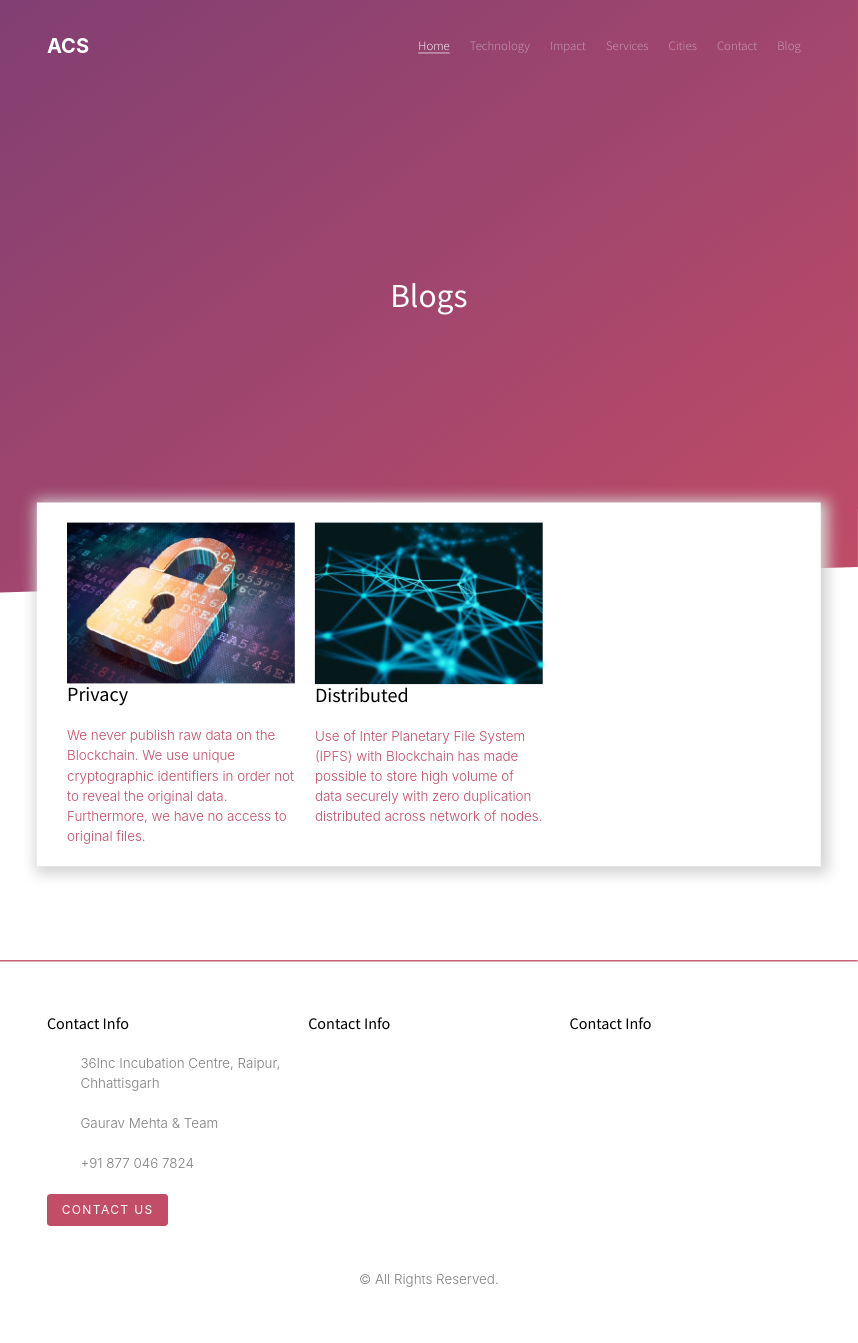
Repository: agarwalrahul-22/acs
Page: /blog/1
These files come from the project's save history. The page is drawn as it stood at one moment and after the next save; the edit follows.
The browser window is 1280 px wide. The pictures show the whole page, at 67% of full size.
Some web fonts or font styles are not loaded; a fallback is used. The project was rebuilt for these pictures with package versions that can differ from the ones it lists, and the page was loaded fresh each time. Also part of the build but not shown: src/components/main/LandingComponent.js, src/components/main/TechComponent.js, src/components/main/ImpactComponent.js, src/components/main/ServicesComponent.js, src/components/main/CitiesComponent.js, src/components/MainComponent.js, src/components/BlogComponent.js.

Above is the page before, as saved 2022-10-10 23:05:07.

### public/index.html
<!DOCTYPE html>
<html lang="en">
  <head>
    <meta charset="utf-8" />
    <link rel="icon" href="%PUBLIC_URL%/favicon.ico" />
    <meta name="viewport" content="width=device-width, initial-scale=1" />
    <meta name="theme-color" content="#000000" />
    <meta name="description" content="Blockchain based Atithi Compliance System" />
    <link rel="apple-touch-icon" href="%PUBLIC_URL%/logo192.png" />
    <link href='https://fonts.googleapis.com/css?family=Source+Sans+Pro:400,300,600,400italic,700' rel='stylesheet'
      type='text/css'>
    <link rel="stylesheet" href="css/animate.css">
    <link rel="stylesheet" href="css/icomoon.css">
    <link rel="stylesheet" href="css/simple-line-icons.css">
    <link rel="stylesheet" href="css/magnific-popup.css">
    <link rel="stylesheet" href="css/bootstrap.css">
    <link rel="stylesheet" href="css/style3.css">
    <!--
      manifest.json provides metadata used when your web app is installed on a
      user's mobile device or desktop. See https://developers.google.com/web/fundamentals/web-app-manifest/
    -->
    <link rel="manifest" href="%PUBLIC_URL%/manifest.json" />
    <!--
      Notice the use of %PUBLIC_URL% in the tags above.
      It will be replaced with the URL of the `public` folder during the build.
      Only files inside the `public` folder can be referenced from the HTML.

      Unlike "/favicon.ico" or "favicon.ico", "%PUBLIC_URL%/favicon.ico" will
      work correctly both with client-side routing and a non-root public URL.
      Learn how to configure a non-root public URL by running `npm run build`.
    -->
    <title>Atithi Compliance System</title>
  </head>
  <body>
    <noscript>You need to enable JavaScript to run this app.</noscript>
    <div id="root"></div>
    <!--
      This HTML file is a template.
      If you open it directly in the browser, you will see an empty page.

      You can add webfonts, meta tags, or analytics to this file.
      The build step will place the bundled scripts into the <body> tag.

      To begin the development, run `npm start` or `yarn start`.
      To create a production bundle, use `npm run build` or `yarn build`.
    -->
  </body>
</html>

### src/components/IBlogComponent.js
import React from 'react'
import fullimage2 from "../images/full_image_2.jpg";
import privacy from "../images/privacy_acs.jpg";
import distributed from "../images/distributed_acs.jpg";
import audit from "../images/audit_acs.jpg";
function IBlogComponent() {
  return (
    <div>
      <section
        id="fh5co-home"
        data-section="home"
        style={{ backgroundImage: { fullimage2 } }}
        data-stellar-background-ratio="0.5"
      >
        <div className="gradient"></div>
        <div className="container">
          <div className="text-wrap">
            <div className="text-inner">
              <h1 className="to-animate">Blogs </h1>
            </div>
          </div>
        </div>
        <div className="slant"></div>
      </section>
      <section id="fh5co-intro">
        <div className="container">
          <div
            className="row row-bottom-padded-lg"
            style={{
              backgroundColor: "white",
              padding: "30px",
              boxShadow: "5px 5px 20px 8px lightgrey",
            }}
          >
            <div className="col-md-4 col-sm-6 col-xxs-12">
              <a
                href="/blog/1"
                className="fh5co-project-item image-popup to-animate"
              >
                <img src={privacy} alt="Image" className="img-responsive" />
                <div className="fh5co-text">
                  <h2>Privacy</h2>
                  <span>
                    We never publish raw data on the Blockchain. We use unique
                    cryptographic identifiers in order not to reveal the
                    original data. Furthermore, we have no access to original
                    files.
                  </span>
                </div>
              </a>
            </div>
            <div className="col-md-4 col-sm-6 col-xxs-12">
              <a
                href="/blog/2"
                className="fh5co-project-item image-popup to-animate"
              >
                <img src={distributed} alt="Image" className="img-responsive" />
                <div className="fh5co-text">
                  <h2>Distributed</h2>
                  <span>
                    Use of Inter Planetary File System (IPFS) with Blockchain
                    has made possible to store high volume of data securely with
                    zero duplication distributed across network of nodes.
                  </span>
                </div>
              </a>
            </div>
          </div>
        </div>
      </section>
    </div>
  );
}
export default IBlogComponent;

### public/css/simple-line-icons.css
@font-face {
  font-family: 'simple-line-icons';
  src:  url('../fonts/simple-line-icons/Simple-Line-Icons.eot?v=2.2.2');
  src:  url('../fonts/simple-line-icons/Simple-Line-Icons.eot?#iefix&v=2.2.2') format('embedded-opentype'),
        url('../fonts/simple-line-icons/Simple-Line-Icons.ttf?v=2.2.2') format('truetype'),
        url('../fonts/simple-line-icons/Simple-Line-Icons.woff2?v=2.2.2') format('woff2'),
        url('../fonts/simple-line-icons/Simple-Line-Icons.woff?v=2.2.2') format('woff'),
        url('../fonts/simple-line-icons/Simple-Line-Icons.svg?v=2.2.2#simple-line-icons') format('svg');
  font-weight: normal;
  font-style: normal;
}
/*
 Use the following CSS code if you want to have a class per icon.
 Instead of a list of all class selectors, you can use the generic [class*="icon-"] selector, but it's slower:
*/
.icon-user,
.icon-people,
.icon-user-female,
.icon-user-follow,
.icon-user-following,
.icon-user-unfollow,
.icon-login,
.icon-logout,
.icon-emotsmile,
.icon-phone,
.icon-call-end,
.icon-call-in,
.icon-call-out,
.icon-map,
.icon-location-pin,
.icon-direction,
.icon-directions,
.icon-compass,
.icon-layers,
.icon-menu,
.icon-list,
.icon-options-vertical,
.icon-options,
.icon-arrow-down,
.icon-arrow-left,
.icon-arrow-right,
.icon-arrow-up,
.icon-arrow-up-circle,
.icon-arrow-left-circle,
.icon-arrow-right-circle,
.icon-arrow-down-circle,
.icon-check,
.icon-clock,
.icon-plus,
.icon-close,
.icon-trophy,
.icon-screen-smartphone,
.icon-screen-desktop,
.icon-plane,
.icon-notebook,
.icon-mustache,
.icon-mouse,
.icon-magnet,
.icon-energy,
.icon-disc,
.icon-cursor,
.icon-cursor-move,
.icon-crop,
.icon-chemistry,
.icon-speedometer,
.icon-shield,
.icon-screen-tablet,
.icon-magic-wand,
.icon-hourglass,
.icon-graduation,
.icon-ghost,
.icon-game-controller,
.icon-fire,
.icon-eyeglass,
.icon-envelope-open,
.icon-envelope-letter,
.icon-bell,
.icon-badge,
.icon-anchor,
.icon-wallet,
.icon-vector,
.icon-speech,
.icon-puzzle,
.icon-printer,
.icon-present,
.icon-playlist,
.icon-pin,
.icon-picture,
.icon-handbag,
.icon-globe-alt,
.icon-globe,
.icon-folder-alt,
.icon-folder,
.icon-film,
.icon-feed,
.icon-drop,
.icon-drawar,
.icon-docs,
.icon-doc,
.icon-diamond,
.icon-cup,
.icon-calculator,
.icon-bubbles,
.icon-briefcase,
.icon-book-open,
.icon-basket-loaded,
.icon-basket,
.icon-bag,
.icon-action-undo,
.icon-action-redo,
.icon-wrench,
.icon-umbrella,
.icon-trash,
.icon-tag,
.icon-support,
.icon-frame,
.icon-size-fullscreen,
.icon-size-actual,
.icon-shuffle,
.icon-share-alt,
.icon-share,
.icon-rocket,
.icon-question,
.icon-pie-chart,
.icon-pencil,
.icon-note,
.icon-loop,
.icon-home,
.icon-grid,
.icon-graph,
.icon-microphone,
.icon-music-tone-alt,
.icon-music-tone,
.icon-earphones-alt,
.icon-earphones,
.icon-equalizer,
.icon-like,
.icon-dislike,
.icon-control-start,
.icon-control-rewind,
.icon-control-play,
.icon-control-pause,
.icon-control-forward,
.icon-control-end,
.icon-volume-1,
.icon-volume-2,
.icon-volume-off,
.icon-calendar,
.icon-bulb,
.icon-chart,
.icon-ban,
.icon-bubble,
.icon-camrecorder,
.icon-camera,
.icon-cloud-download,
.icon-cloud-upload,
.icon-envelope,
.icon-eye,
.icon-flag,
.icon-heart,
.icon-info,
.icon-key,
.icon-link,
.icon-lock,
.icon-lock-open,
.icon-magnifier,
.icon-magnifier-add,
.icon-magnifier-remove,
.icon-paper-clip,
.icon-paper-plane,
.icon-power,
.icon-refresh,
.icon-reload,
.icon-settings,
.icon-star,
.icon-symble-female,
.icon-symbol-male,
.icon-target,
.icon-credit-card,
.icon-paypal,
.icon-social-tumblr,
.icon-social-twitter,
.icon-social-facebook,
.icon-social-instagram,
.icon-social-linkedin,
.icon-social-pinterest,
.icon-social-github,
.icon-social-gplus,
.icon-social-reddit,
.icon-social-skype,
.icon-social-dribbble,
.icon-social-behance,
.icon-social-foursqare,
.icon-social-soundcloud,
.icon-social-spotify,
.icon-social-stumbleupon,
.icon-social-youtube,
.icon-social-dropbox {
  font-family: 'simple-line-icons';
  speak: none;
  font-style: normal;
  font-weight: normal;
  font-variant: normal;
  text-transform: none;
  line-height: 1;
  /* Better Font Rendering =========== */
  -webkit-font-smoothing: antialiased;
  -moz-osx-font-smoothing: grayscale;
}
.icon-user:before {
  content: "\e005";
}
.icon-people:before {
  content: "\e001";
}
.icon-user-female:before {
  content: "\e000";
}
.icon-user-follow:before {
  content: "\e002";
}
.icon-user-following:before {
  content: "\e003";
}
.icon-user-unfollow:before {
  content: "\e004";
}
.icon-login:before {
  content: "\e066";
}
.icon-logout:before {
  content: "\e065";
}
.icon-emotsmile:before {
  content: "\e021";
}
.icon-phone:before {
  content: "\e600";
}
.icon-call-end:before {
  content: "\e048";
}
.icon-call-in:before {
  content: "\e047";
}
.icon-call-out:before {
  content: "\e046";
}
.icon-map:before {
  content: "\e033";
}
.icon-location-pin:before {
  content: "\e096";
}
.icon-direction:before {
  content: "\e042";
}
.icon-directions:before {
  content: "\e041";
}
.icon-compass:before {
  content: "\e045";
}
.icon-layers:before {
  content: "\e034";
}
.icon-menu:before {
  content: "\e601";
}
.icon-list:before {
  content: "\e067";
}
.icon-options-vertical:before {
  content: "\e602";
}
.icon-options:before {
  content: "\e603";
}
.icon-arrow-down:before {
  content: "\e604";
}
.icon-arrow-left:before {
  content: "\e605";
}
.icon-arrow-right:before {
  content: "\e606";
}
.icon-arrow-up:before {
  content: "\e607";
}
.icon-arrow-up-circle:before {
  content: "\e078";
}
.icon-arrow-left-circle:before {
  content: "\e07a";
}
.icon-arrow-right-circle:before {
  content: "\e079";
}
.icon-arrow-down-circle:before {
  content: "\e07b";
}
.icon-check:before {
  content: "\e080";
}
.icon-clock:before {
  content: "\e081";
}
.icon-plus:before {
  content: "\e095";
}
.icon-close:before {
  content: "\e082";
}
.icon-trophy:before {
  content: "\e006";
}
.icon-screen-smartphone:before {
  content: "\e010";
}
.icon-screen-desktop:before {
  content: "\e011";
}
.icon-plane:before {
  content: "\e012";
}
.icon-notebook:before {
  content: "\e013";
}
.icon-mustache:before {
  content: "\e014";
}
.icon-mouse:before {
  content: "\e015";
}
.icon-magnet:before {
  content: "\e016";
}
.icon-energy:before {
  content: "\e020";
}
.icon-disc:before {
  content: "\e022";
}
.icon-cursor:before {
  content: "\e06e";
}
.icon-cursor-move:before {
  content: "\e023";
}
.icon-crop:before {
  content: "\e024";
}
.icon-chemistry:before {
  content: "\e026";
}
.icon-speedometer:before {
  content: "\e007";
}
.icon-shield:before {
  content: "\e00e";
}
.icon-screen-tablet:before {
  content: "\e00f";
}
.icon-magic-wand:before {
  content: "\e017";
}
.icon-hourglass:before {
  content: "\e018";
}
.icon-graduation:before {
  content: "\e019";
}
.icon-ghost:before {
  content: "\e01a";
}
.icon-game-controller:before {
  content: "\e01b";
}
.icon-fire:before {
  content: "\e01c";
}
.icon-eyeglass:before {
  content: "\e01d";
}
.icon-envelope-open:before {
  content: "\e01e";
}
.icon-envelope-letter:before {
  content: "\e01f";
}
.icon-bell:before {
  content: "\e027";
}
.icon-badge:before {
  content: "\e028";
}
.icon-anchor:before {
  content: "\e029";
}
.icon-wallet:before {
  content: "\e02a";
}
.icon-vector:before {
  content: "\e02b";
}
.icon-speech:before {
  content: "\e02c";
}
.icon-puzzle:before {
  content: "\e02d";
}
.icon-printer:before {
  content: "\e02e";
}
.icon-present:before {
  content: "\e02f";
}
.icon-playlist:before {
  content: "\e030";
}
.icon-pin:before {
  content: "\e031";
}
.icon-picture:before {
  content: "\e032";
}
.icon-handbag:before {
  content: "\e035";
}
.icon-globe-alt:before {
  content: "\e036";
}
.icon-globe:before {
  content: "\e037";
}
.icon-folder-alt:before {
  content: "\e039";
}
.icon-folder:before {
  content: "\e089";
}
.icon-film:before {
  content: "\e03a";
}
.icon-feed:before {
  content: "\e03b";
}
.icon-drop:before {
  content: "\e03e";
}
.icon-drawar:before {
  content: "\e03f";
}
.icon-docs:before {
  content: "\e040";
}
.icon-doc:before {
  content: "\e085";
}
.icon-diamond:before {
  content: "\e043";
}
.icon-cup:before {
  content: "\e044";
}
.icon-calculator:before {
  content: "\e049";
}
.icon-bubbles:before {
  content: "\e04a";
}
.icon-briefcase:before {
  content: "\e04b";
}
.icon-book-open:before {
  content: "\e04c";
}
.icon-basket-loaded:before {
  content: "\e04d";
}
.icon-basket:before {
  content: "\e04e";
}
.icon-bag:before {
  content: "\e04f";
}
.icon-action-undo:before {
  content: "\e050";
}
.icon-action-redo:before {
  content: "\e051";
}
.icon-wrench:before {
  content: "\e052";
}
.icon-umbrella:before {
  content: "\e053";
}
.icon-trash:before {
  content: "\e054";
}
.icon-tag:before {
  content: "\e055";
}
.icon-support:before {
  content: "\e056";
}
.icon-frame:before {
  content: "\e038";
}
.icon-size-fullscreen:before {
  content: "\e057";
}
.icon-size-actual:before {
  content: "\e058";
}
.icon-shuffle:before {
  content: "\e059";
}
.icon-share-alt:before {
  content: "\e05a";
}
.icon-share:before {
  content: "\e05b";
}
.icon-rocket:before {
  content: "\e05c";
}
.icon-question:before {
  content: "\e05d";
}
.icon-pie-chart:before {
  content: "\e05e";
}
.icon-pencil:before {
  content: "\e05f";
}
.icon-note:before {
  content: "\e060";
}
.icon-loop:before {
  content: "\e064";
}
.icon-home:before {
  content: "\e069";
}
.icon-grid:before {
  content: "\e06a";
}
.icon-graph:before {
  content: "\e06b";
}
.icon-microphone:before {
  content: "\e063";
}
.icon-music-tone-alt:before {
  content: "\e061";
}
.icon-music-tone:before {
  content: "\e062";
}
.icon-earphones-alt:before {
  content: "\e03c";
}
.icon-earphones:before {
  content: "\e03d";
}
.icon-equalizer:before {
  content: "\e06c";
}
.icon-like:before {
  content: "\e068";
}
.icon-dislike:before {
  content: "\e06d";
}
.icon-control-start:before {
  content: "\e06f";
}
.icon-control-rewind:before {
  content: "\e070";
}
.icon-control-play:before {
  content: "\e071";
}
.icon-control-pause:before {
  content: "\e072";
}
.icon-control-forward:before {
  content: "\e073";
}
.icon-control-end:before {
  content: "\e074";
}
.icon-volume-1:before {
  content: "\e09f";
}
.icon-volume-2:before {
  content: "\e0a0";
}
.icon-volume-off:before {
  content: "\e0a1";
}
.icon-calendar:before {
  content: "\e075";
}
.icon-bulb:before {
  content: "\e076";
}
.icon-chart:before {
  content: "\e077";
}
.icon-ban:before {
  content: "\e07c";
}
.icon-bubble:before {
  content: "\e07d";
}
.icon-camrecorder:before {
  content: "\e07e";
}
.icon-camera:before {
  content: "\e07f";
}
.icon-cloud-download:before {
  content: "\e083";
}
.icon-cloud-upload:before {
  content: "\e084";
}
.icon-envelope:before {
  content: "\e086";
}
.icon-eye:before {
  content: "\e087";
}
.icon-flag:before {
  content: "\e088";
}
.icon-heart:before {
  content: "\e08a";
}
.icon-info:before {
  content: "\e08b";
}
.icon-key:before {
  content: "\e08c";
}
.icon-link:before {
  content: "\e08d";
}
.icon-lock:before {
  content: "\e08e";
}
.icon-lock-open:before {
  content: "\e08f";
}
.icon-magnifier:before {
  content: "\e090";
}
.icon-magnifier-add:before {
  content: "\e091";
}
.icon-magnifier-remove:before {
  content: "\e092";
}
.icon-paper-clip:before {
  content: "\e093";
}
.icon-paper-plane:before {
  content: "\e094";
}
.icon-power:before {
  content: "\e097";
}
.icon-refresh:before {
  content: "\e098";
}
.icon-reload:before {
  content: "\e099";
}
.icon-settings:before {
  content: "\e09a";
}
.icon-star:before {
  content: "\e09b";
}
.icon-symble-female:before {
  content: "\e09c";
}
.icon-symbol-male:before {
  content: "\e09d";
}
.icon-target:before {
  content: "\e09e";
}
.icon-credit-card:before {
  content: "\e025";
}
.icon-paypal:before {
  content: "\e608";
}
.icon-social-tumblr:before {
  content: "\e00a";
}
.icon-social-twitter:before {
  content: "\e009";
}
.icon-social-facebook:before {
  content: "\e00b";
}
.icon-social-instagram:before {
  content: "\e609";
}
.icon-social-linkedin:before {
  content: "\e60a";
}
.icon-social-pinterest:before {
  content: "\e60b";
}
.icon-social-github:before {
  content: "\e60c";
}
.icon-social-gplus:before {
  content: "\e60d";
}
.icon-social-reddit:before {
  content: "\e60e";
}
.icon-social-skype:before {
  content: "\e60f";
}
.icon-social-dribbble:before {
  content: "\e00d";
}
.icon-social-behance:before {
  content: "\e610";
}
.icon-social-foursqare:before {
  content: "\e611";
}
.icon-social-soundcloud:before {
  content: "\e612";
}
.icon-social-spotify:before {
  content: "\e613";
}
.icon-social-stumbleupon:before {
  content: "\e614";
}
.icon-social-youtube:before {
  content: "\e008";
}
.icon-social-dropbox:before {
  content: "\e00c";
}

Loaded but not shown: src/index.js (common file); src/index.css (common file); src/reportWebVitals.js (common file); public/css/animate.css (library); public/css/icomoon.css (common file); public/css/magnific-popup.css (library); public/css/bootstrap.css (library); src/components/HeaderComponent.js (68 lines, source omitted); src/components/FooterComponent.js (61 lines, source omitted); src/App.js (37 lines, source omitted); public/css/style3.css (1411 lines, source omitted)

After the next save:
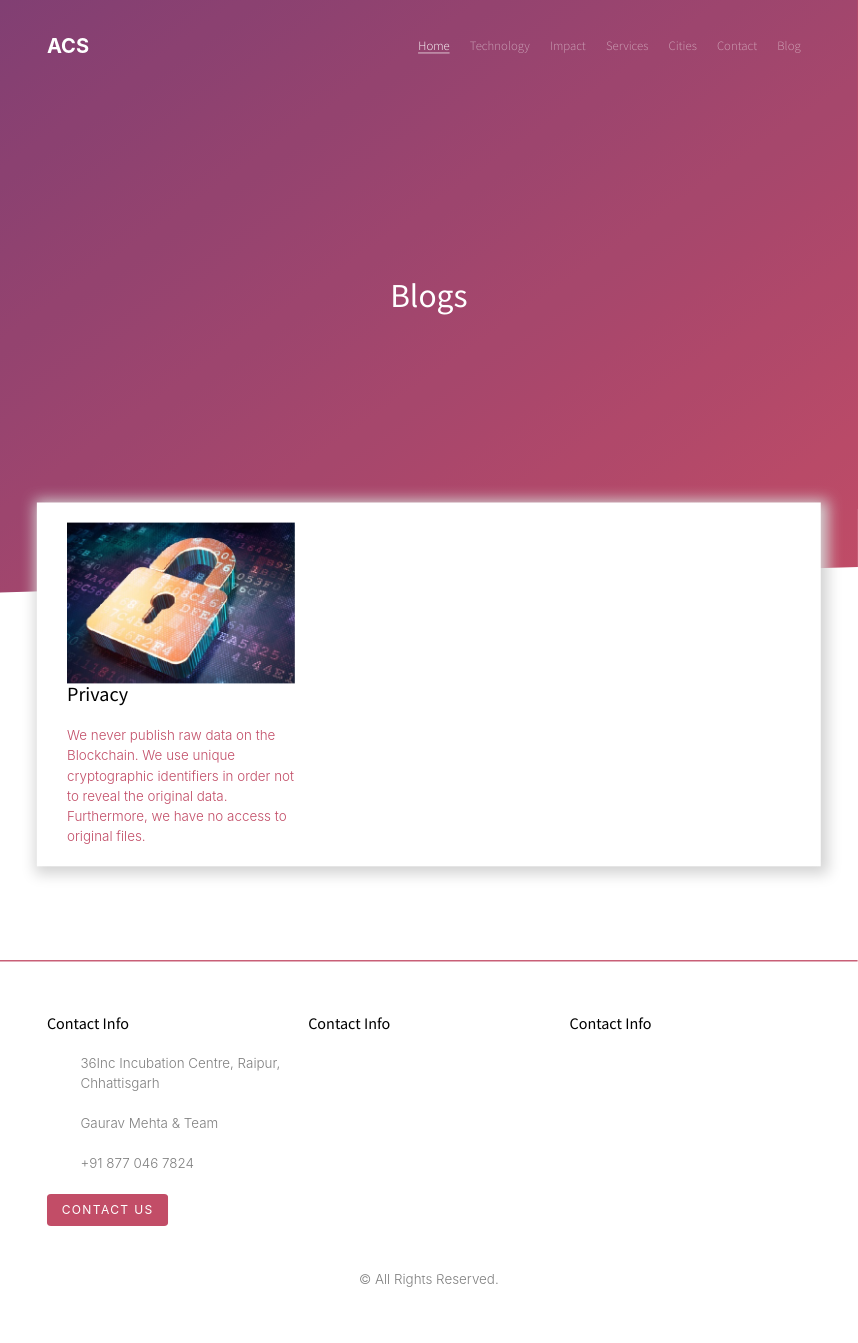
Saved 10 s later.
--- a/src/components/IBlogComponent.js
+++ b/src/components/IBlogComponent.js
@@ -49,22 +49,6 @@ function IBlogComponent() {
                 </div>
               </a>
             </div>
-            <div className="col-md-4 col-sm-6 col-xxs-12">
-              <a
-                href="/blog/2"
-                className="fh5co-project-item image-popup to-animate"
-              >
-                <img src={distributed} alt="Image" className="img-responsive" />
-                <div className="fh5co-text">
-                  <h2>Distributed</h2>
-                  <span>
-                    Use of Inter Planetary File System (IPFS) with Blockchain
-                    has made possible to store high volume of data securely with
-                    zero duplication distributed across network of nodes.
-                  </span>
-                </div>
-              </a>
-            </div>
           </div>
         </div>
       </section>
